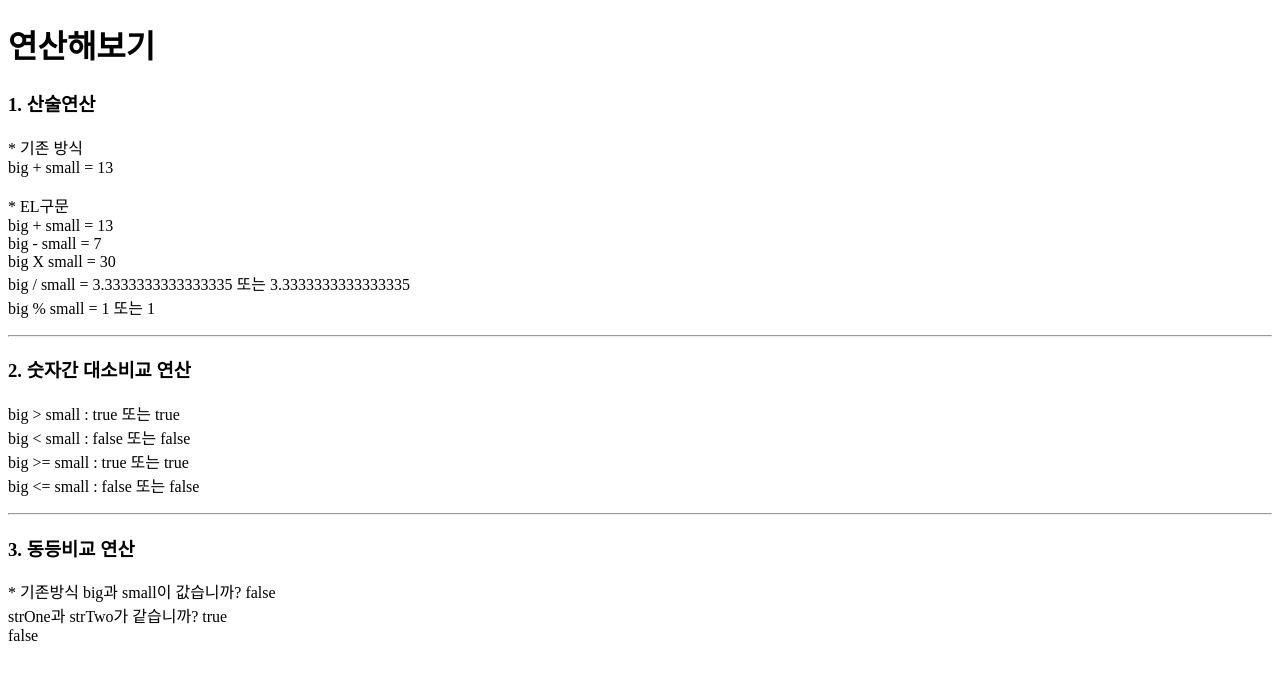
Repository: judeyong/myWebWorkSpace2
Page: http://localhost/Action_Project/operation.do
The author's editor kept a copy of each file at every save. The page is drawn from the files as they stood at one save, then again after the next save.
The browser window is 1280 px wide. The pictures show the whole page.
The page is served by Tomcat 9. Other server files are loaded and not shown.

Above is the page before, as saved 2024-04-03 02:26:14.

### Action_Project/WebContent/views/02_elOperation.jsp
<%@ page language="java" contentType="text/html; charset=UTF-8"
    pageEncoding="UTF-8"%>
<!DOCTYPE html>
<html>
<head>
<meta charset="UTF-8">
<title>Insert title here</title>
</head>
<body>

	<h1>연산해보기</h1>
	<h3>1. 산술연산</h3>

	<p>
		* 기존 방식 <br>
		big + small = <%= (int)request.getAttribute("big") + (int)request.getAttribute("small") %>
	</p>

	<p>
		* EL구문<br>
		big + small = ${ big + small } <br>
		big - small = ${ big - small } <br>
		big X small = ${ big * small } <br>
		big / small = ${ big / small } 또는 ${ big div small }<br>
		big % small = ${ big % small } 또는 ${ big mod small }<br>
	</p>

	<hr>

	<h3>2. 숫자간 대소비교 연산</h3>

	<p>
		big &gt; small : ${ big > small } 또는 ${ big gt small } <br>
		big &lt; small : ${ big < small } 또는 ${ gib lt small } <br>
		big &gt;= small : ${ big >= small } 또는 ${ big ge small } <br>
		big &lt;= small : ${ big <= small } 또는 ${ big le small } <br>
	</p>

	<hr>

	<h3>3. 동등비교 연산</h3>

	<p>
		* 기존방식
		big과 small이 값습니까?
		<%= (int)request.getAttribute("big") == (int)request.getAttribute("small") %> <br>
		strOne과 strTwo가 같습니까?
		<%= ((String)request.getAttribute("strOne")).equals((String)request.getAttribute("strTwo")) %> <br>

		<%= (String)request.getAttribute("strOne") == (String)request.getAttribute("strTwo") %> <br>
	</p>




























</body>
</html>

### Action_Project/src/com/kh/controller/OperationServlet.java
package com.kh.controller;

import java.io.IOException;
import java.util.ArrayList;

import javax.servlet.ServletException;
import javax.servlet.annotation.WebServlet;
import javax.servlet.http.HttpServlet;
import javax.servlet.http.HttpServletRequest;
import javax.servlet.http.HttpServletResponse;

import com.kh.model.vo.Person;

/**
 * Servlet implementation class OperationServlet
 */
@WebServlet("/operation.do")
public class OperationServlet extends HttpServlet {
	private static final long serialVersionUID = 1L;

    /**
     * @see HttpServlet#HttpServlet()
     */
    public OperationServlet() {
        super();
        // TODO Auto-generated constructor stub
    }

	/**
	 * @see HttpServlet#doGet(HttpServletRequest request, HttpServletResponse response)
	 */
	protected void doGet(HttpServletRequest request, HttpServletResponse response) throws ServletException, IOException {

		// 테스트 할 수 있는 값 넘기기
		request.setAttribute("big", 10);
		request.setAttribute("small", 3);

		request.setAttribute("strOne", "안녕");
		request.setAttribute("strTwo", new String("안녕"));

		request.setAttribute("personOne", new Person("홍길동", 15, "한양"));
		request.setAttribute("personTwo", null);

		ArrayList<String> list1 = new ArrayList();
		request.setAttribute("listOne", list1);

		ArrayList<String> list2 = new ArrayList();
		list2.add("ㅎㅇ");
		request.setAttribute("listTwo", list2);

		// 일단 여기까지 requestScope에 총 8개의 값을 담았음
		request.getRequestDispatcher("views/02_elOperation.jsp").forward(request, response);

	}

	/**
	 * @see HttpServlet#doPost(HttpServletRequest request, HttpServletResponse response)
	 */
	protected void doPost(HttpServletRequest request, HttpServletResponse response) throws ServletException, IOException {
		// TODO Auto-generated method stub
		doGet(request, response);
	}

}

### Action_Project/src/com/kh/model/vo/Person.java
package com.kh.model.vo;

public class Person {

	private String name;
	private int age;
	private String address;

	public Person() {
		super();
	}

	public Person(String name, int age, String address) {
		super();
		this.name = name;
		this.age = age;
		this.address = address;
	}

	public String getName() {
		return name;
	}

	public void setName(String name) {
		this.name = name;
	}

	public int getAge() {
		return age;
	}

	public void setAge(int age) {
		this.age = age;
	}

	public String getAddress() {
		return address;
	}

	public void setAddress(String address) {
		this.address = address;
	}

	@Override
	public String toString() {
		return "Person [name=" + name + ", age=" + age + ", address=" + address + "]";
	}

}

After the next save:
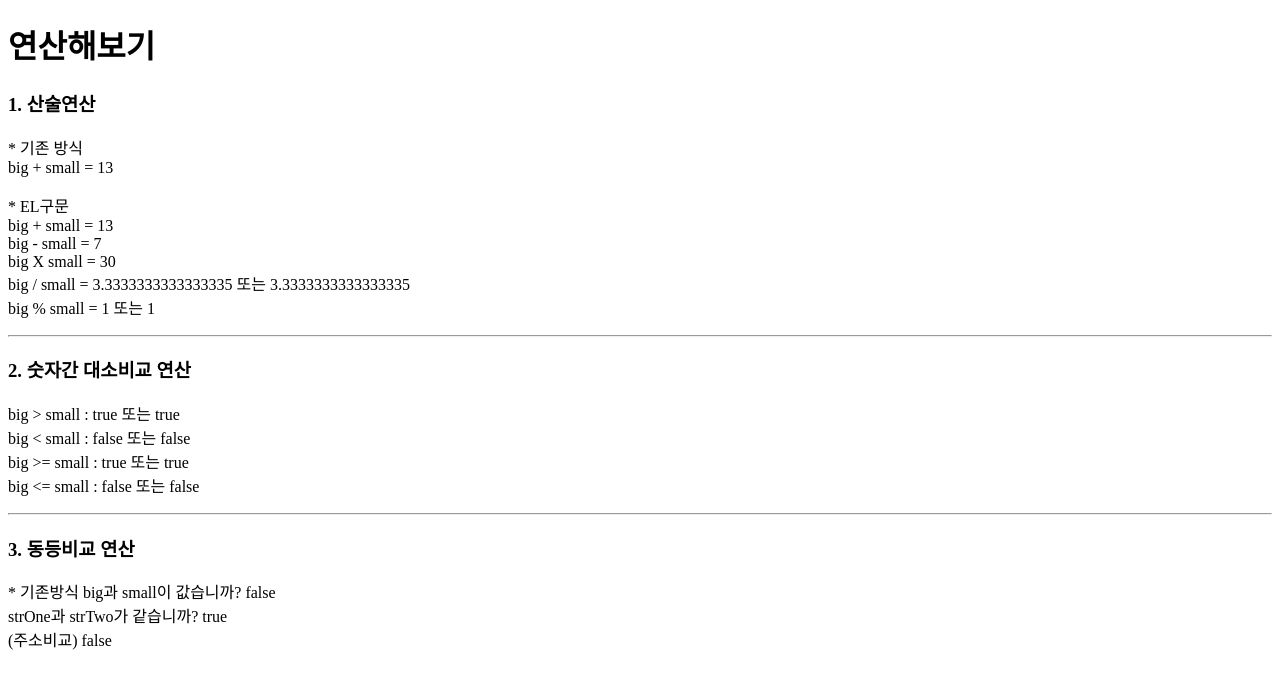
Saved 20 s later.
--- a/Action_Project/WebContent/views/02_elOperation.jsp
+++ b/Action_Project/WebContent/views/02_elOperation.jsp
@@ -46,7 +46,7 @@
 		<%= (int)request.getAttribute("big") == (int)request.getAttribute("small") %> <br>
 		strOne과 strTwo가 같습니까?
 		<%= ((String)request.getAttribute("strOne")).equals((String)request.getAttribute("strTwo")) %> <br>
-
+		(주소비교)
 		<%= (String)request.getAttribute("strOne") == (String)request.getAttribute("strTwo") %> <br>
 	</p>
 
